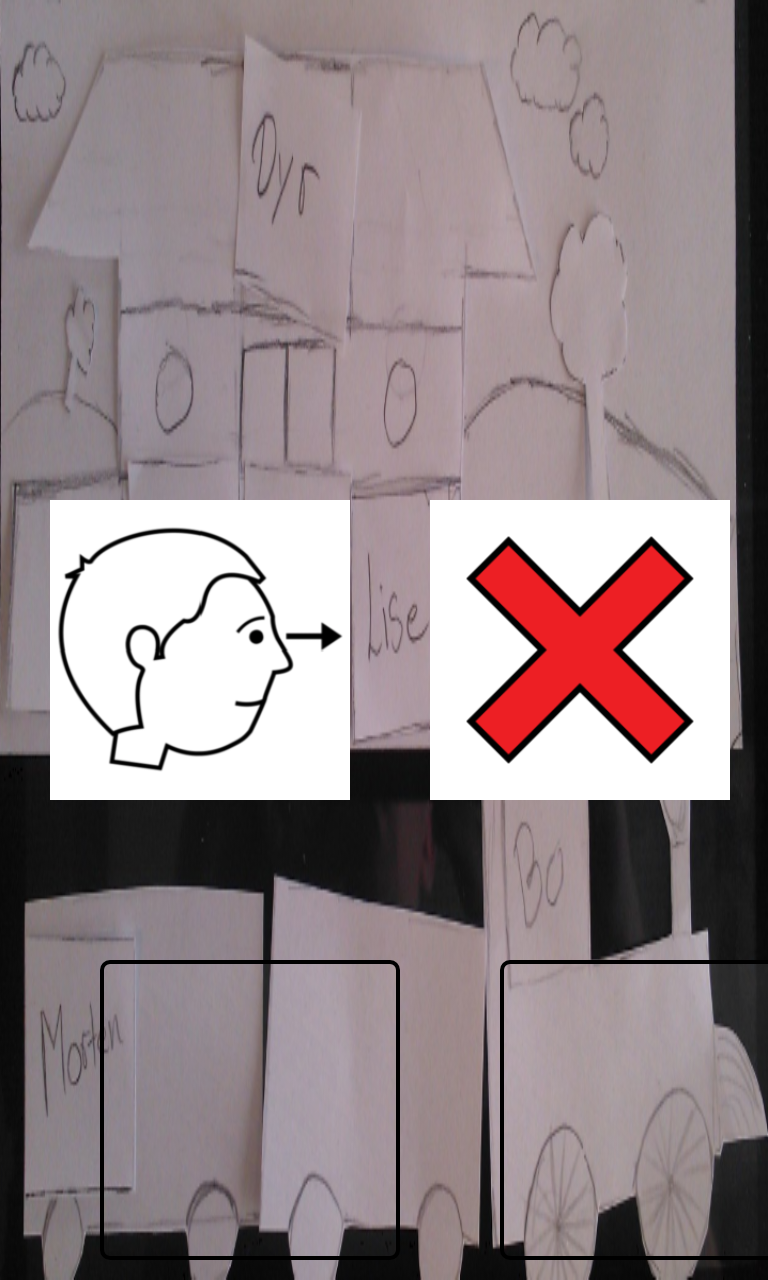
Repository: figa12/sw606f13
Layout: Source/backgroundTest/backgroundTest/res/layout/activity_main.xml
An editor plug-in stored every save of this project. The layout is shown before and after the next save, followed by the edit.
It is drawn on a 768 x 1280 px phone screen (xhdpi) without system bars, with theme AppTheme; the app's code is not run.

Above is the layout before, as saved 2013-02-28 11:32:31.

After the next save:
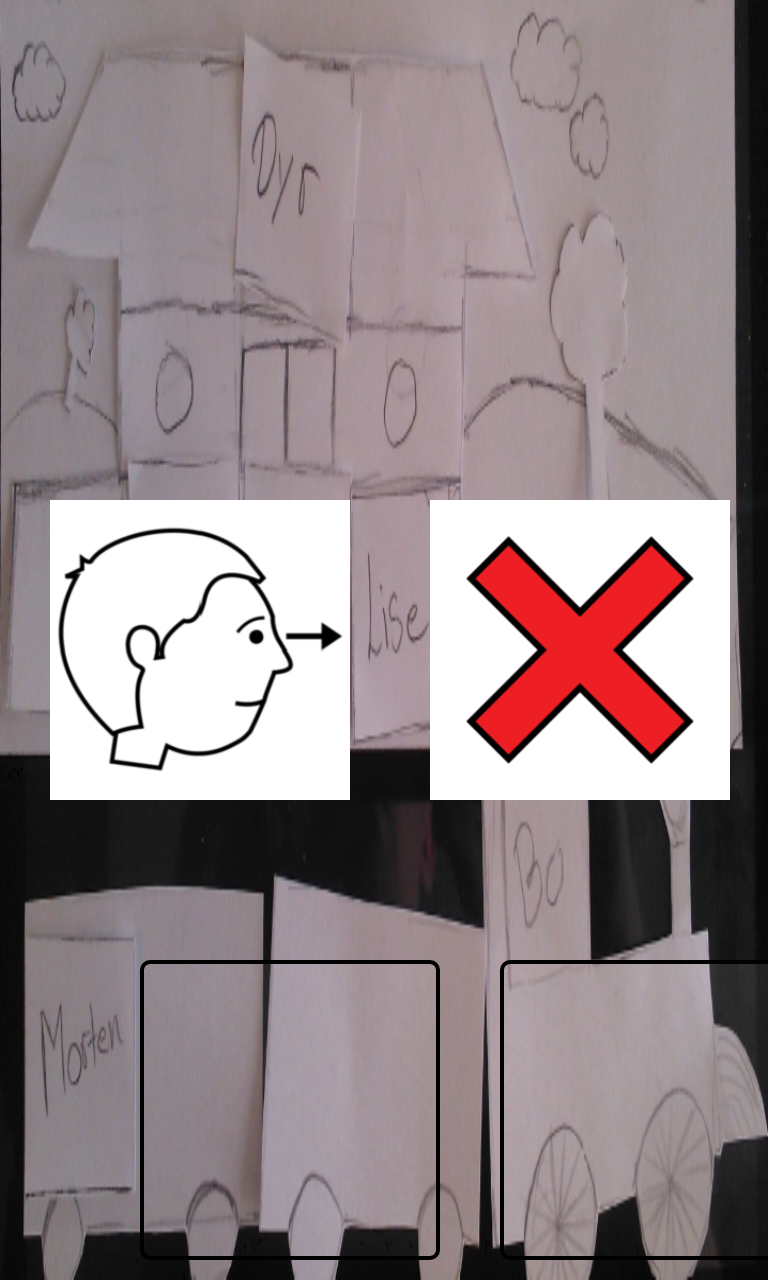
Saved 73 s later.
--- a/Source/backgroundTest/backgroundTest/res/layout/activity_main.xml
+++ b/Source/backgroundTest/backgroundTest/res/layout/activity_main.xml
@@ -151,7 +151,7 @@
         android:id="@+id/bottomright"
         android:layout_width="150dp"
         android:layout_height="150dp"
-        android:layout_x="50dp"
+        android:layout_x="70dp"
         android:layout_y="480dp"
         android:background="@drawable/shape" >
 
